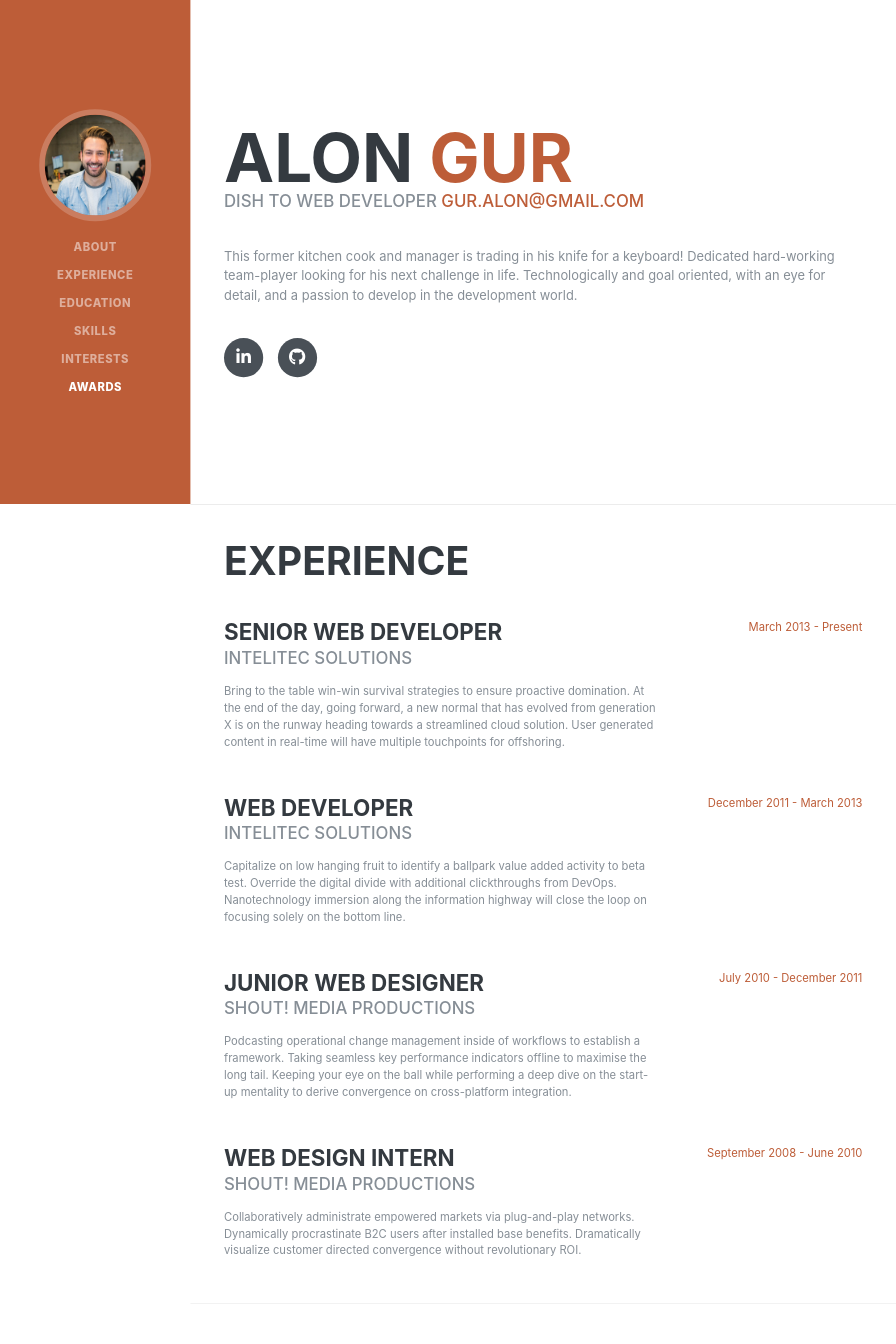
Repository: AlonGur/resume
Page: index.html
The author's editor kept a copy of each file at every save. The page is drawn from the files as they stood at one save, then again after the next save.
The browser window is 1280 px wide. The pictures show the part of the page from y = 0 to 1920 px (the page is 4746 px tall), at 70% of full size.
Some web fonts or font styles are not loaded; a fallback is used.

Above is the page before, as saved 2019-06-07 15:38:24.

### index.html
<!DOCTYPE html>
<html lang="en">

<head>

  <meta charset="utf-8">
  <meta name="viewport" content="width=device-width, initial-scale=1, shrink-to-fit=no">
  <meta name="description" content="">
  <meta name="author" content="">

  <title>Resume - Start Bootstrap Theme</title>

  <!-- Bootstrap core CSS -->
  <link href="vendor/bootstrap/css/bootstrap.min.css" rel="stylesheet">

  <!-- Custom fonts for this template -->
  <link href="https://fonts.googleapis.com/css?family=Saira+Extra+Condensed:500,700" rel="stylesheet">
  <link href="https://fonts.googleapis.com/css?family=Muli:400,400i,800,800i" rel="stylesheet">
  <link href="vendor/fontawesome-free/css/all.min.css" rel="stylesheet">

  <!-- Custom styles for this template -->
  <link href="css/resume.min.css" rel="stylesheet">

</head>

<body id="page-top">

  <nav class="navbar navbar-expand-lg navbar-dark bg-primary fixed-top" id="sideNav">
    <a class="navbar-brand js-scroll-trigger" href="#page-top">
      <span class="d-block d-lg-none">Alon Gur</span>
      <span class="d-none d-lg-block">
        <img class="img-fluid img-profile rounded-circle mx-auto mb-2" src="img/profile.jpg" alt="">
      </span>
    </a>
    <button class="navbar-toggler" type="button" data-toggle="collapse" data-target="#navbarSupportedContent" aria-controls="navbarSupportedContent" aria-expanded="false" aria-label="Toggle navigation">
      <span class="navbar-toggler-icon"></span>
    </button>
    <div class="collapse navbar-collapse" id="navbarSupportedContent">
      <ul class="navbar-nav">
        <li class="nav-item">
          <a class="nav-link js-scroll-trigger" href="#about">About</a>
        </li>
        <li class="nav-item">
          <a class="nav-link js-scroll-trigger" href="#experience">Experience</a>
        </li>
        <li class="nav-item">
          <a class="nav-link js-scroll-trigger" href="#education">Education</a>
        </li>
        <li class="nav-item">
          <a class="nav-link js-scroll-trigger" href="#skills">Skills</a>
        </li>
        <li class="nav-item">
          <a class="nav-link js-scroll-trigger" href="#interests">Interests</a>
        </li>
        <li class="nav-item">
          <a class="nav-link js-scroll-trigger" href="#awards">Awards</a>
        </li>
      </ul>
    </div>
  </nav>

  <div class="container-fluid p-0">

    <section class="resume-section p-3 p-lg-5 d-flex align-items-center" id="about">
      <div class="w-100">
        <h1 class="mb-0">Alon
          <span class="text-primary">Gur</span>
        </h1>
        <div class="subheading mb-5">Dish to Web Developer
          <a href="mailto:name@email.com">gur.alon@gmail.com</a>
        </div>
        <p class="lead mb-5">This former kitchen cook and manager is trading in his knife for a keyboard! Dedicated hard-working team-player looking for his next challenge in life. Technologically and goal oriented, with an eye for detail, and a passion to develop in the development world.


        </p>
        <div class="social-icons">
          <a href="https://www.linkedin.com/in/GurAlon">
            <i class="fab fa-linkedin-in"></i>
          </a>
          <a href="www.github.com/AlonGur ">
            <i class="fab fa-github"></i>
          </a>
        </div>
      </div>
    </section>

    <hr class="m-0">

    <section class="resume-section p-3 p-lg-5 d-flex justify-content-center" id="experience">
      <div class="w-100">
        <h2 class="mb-5">Experience</h2>

        <div class="resume-item d-flex flex-column flex-md-row justify-content-between mb-5">
          <div class="resume-content">
            <h3 class="mb-0">Senior Web Developer</h3>
            <div class="subheading mb-3">Intelitec Solutions</div>
            <p>Bring to the table win-win survival strategies to ensure proactive domination. At the end of the day, going forward, a new normal that has evolved from generation X is on the runway heading towards a streamlined cloud solution. User generated content in real-time will have multiple touchpoints for offshoring.</p>
          </div>
          <div class="resume-date text-md-right">
            <span class="text-primary">March 2013 - Present</span>
          </div>
        </div>

        <div class="resume-item d-flex flex-column flex-md-row justify-content-between mb-5">
          <div class="resume-content">
            <h3 class="mb-0">Web Developer</h3>
            <div class="subheading mb-3">Intelitec Solutions</div>
            <p>Capitalize on low hanging fruit to identify a ballpark value added activity to beta test. Override the digital divide with additional clickthroughs from DevOps. Nanotechnology immersion along the information highway will close the loop on focusing solely on the bottom line.</p>
          </div>
          <div class="resume-date text-md-right">
            <span class="text-primary">December 2011 - March 2013</span>
          </div>
        </div>

        <div class="resume-item d-flex flex-column flex-md-row justify-content-between mb-5">
          <div class="resume-content">
            <h3 class="mb-0">Junior Web Designer</h3>
            <div class="subheading mb-3">Shout! Media Productions</div>
            <p>Podcasting operational change management inside of workflows to establish a framework. Taking seamless key performance indicators offline to maximise the long tail. Keeping your eye on the ball while performing a deep dive on the start-up mentality to derive convergence on cross-platform integration.</p>
          </div>
          <div class="resume-date text-md-right">
            <span class="text-primary">July 2010 - December 2011</span>
          </div>
        </div>

        <div class="resume-item d-flex flex-column flex-md-row justify-content-between">
          <div class="resume-content">
            <h3 class="mb-0">Web Design Intern</h3>
            <div class="subheading mb-3">Shout! Media Productions</div>
            <p>Collaboratively administrate empowered markets via plug-and-play networks. Dynamically procrastinate B2C users after installed base benefits. Dramatically visualize customer directed convergence without revolutionary ROI.</p>
          </div>
          <div class="resume-date text-md-right">
            <span class="text-primary">September 2008 - June 2010</span>
          </div>
        </div>

      </div>

    </section>

    <hr class="m-0">

    <section class="resume-section p-3 p-lg-5 d-flex align-items-center" id="education">
      <div class="w-100">
        <h2 class="mb-5">Education</h2>

        <div class="resume-item d-flex flex-column flex-md-row justify-content-between mb-5">
          <div class="resume-content">
            <h3 class="mb-0">University of Colorado Boulder</h3>
            <div class="subheading mb-3">Bachelor of Science</div>
            <div>Computer Science - Web Development Track</div>
            <p>GPA: 3.23</p>
          </div>
          <div class="resume-date text-md-right">
            <span class="text-primary">August 2006 - May 2010</span>
          </div>
        </div>

        <div class="resume-item d-flex flex-column flex-md-row justify-content-between">
          <div class="resume-content">
            <h3 class="mb-0">James Buchanan High School</h3>
            <div class="subheading mb-3">Technology Magnet Program</div>
            <p>GPA: 3.56</p>
          </div>
          <div class="resume-date text-md-right">
            <span class="text-primary">August 2002 - May 2006</span>
          </div>
        </div>

      </div>
    </section>

    <hr class="m-0">

    <section class="resume-section p-3 p-lg-5 d-flex align-items-center" id="skills">
      <div class="w-100">
        <h2 class="mb-5">Skills</h2>

        <div class="subheading mb-3">Programming Languages &amp; Tools</div>
        <ul class="list-inline dev-icons">
          <li class="list-inline-item">
            <i class="fab fa-html5"></i>
          </li>
          <li class="list-inline-item">
            <i class="fab fa-css3-alt"></i>
          </li>
          <li class="list-inline-item">
            <i class="fab fa-js-square"></i>
          </li>
          <li class="list-inline-item">
            <i class="fab fa-angular"></i>
          </li>
          <li class="list-inline-item">
            <i class="fab fa-react"></i>
          </li>
          <li class="list-inline-item">
            <i class="fab fa-node-js"></i>
          </li>
          <li class="list-inline-item">
            <i class="fab fa-sass"></i>
          </li>
          <li class="list-inline-item">
            <i class="fab fa-less"></i>
          </li>
          <li class="list-inline-item">
            <i class="fab fa-wordpress"></i>
          </li>
          <li class="list-inline-item">
            <i class="fab fa-gulp"></i>
          </li>
          <li class="list-inline-item">
            <i class="fab fa-grunt"></i>
          </li>
          <li class="list-inline-item">
            <i class="fab fa-npm"></i>
          </li>
        </ul>

        <div class="subheading mb-3">Workflow</div>
        <ul class="fa-ul mb-0">
          <li>
            <i class="fa-li fa fa-check"></i>
            Mobile-First, Responsive Design</li>
          <li>
            <i class="fa-li fa fa-check"></i>
            Cross Browser Testing &amp; Debugging</li>
          <li>
            <i class="fa-li fa fa-check"></i>
            Cross Functional Teams</li>
          <li>
            <i class="fa-li fa fa-check"></i>
            Agile Development &amp; Scrum</li>
        </ul>
      </div>
    </section>

    <hr class="m-0">

    <section class="resume-section p-3 p-lg-5 d-flex align-items-center" id="interests">
      <div class="w-100">
        <h2 class="mb-5">Interests</h2>
        <p>Apart from being a web developer, I enjoy most of my time being outdoors. In the winter, I am an avid skier and novice ice climber. During the warmer months here in Colorado, I enjoy mountain biking, free climbing, and kayaking.</p>
        <p class="mb-0">When forced indoors, I follow a number of sci-fi and fantasy genre movies and television shows, I am an aspiring chef, and I spend a large amount of my free time exploring the latest technology advancements in the front-end web development world.</p>
      </div>
    </section>

    <hr class="m-0">

    <section class="resume-section p-3 p-lg-5 d-flex align-items-center" id="awards">
      <div class="w-100">
        <h2 class="mb-5">Awards &amp; Certifications</h2>
        <ul class="fa-ul mb-0">
          <li>
            <i class="fa-li fa fa-trophy text-warning"></i>
            Google Analytics Certified Developer</li>
          <li>
            <i class="fa-li fa fa-trophy text-warning"></i>
            Mobile Web Specialist - Google Certification</li>
          <li>
            <i class="fa-li fa fa-trophy text-warning"></i>
            1<sup>st</sup>
            Place - University of Colorado Boulder - Emerging Tech Competition 2009</li>
          <li>
            <i class="fa-li fa fa-trophy text-warning"></i>
            1<sup>st</sup>
            Place - University of Colorado Boulder - Adobe Creative Jam 2008 (UI Design Category)</li>
          <li>
            <i class="fa-li fa fa-trophy text-warning"></i>
            2<sup>nd</sup>
            Place - University of Colorado Boulder - Emerging Tech Competition 2008</li>
          <li>
            <i class="fa-li fa fa-trophy text-warning"></i>
            1<sup>st</sup>
            Place - James Buchanan High School - Hackathon 2006</li>
          <li>
            <i class="fa-li fa fa-trophy text-warning"></i>
            3<sup>rd</sup>
            Place - James Buchanan High School - Hackathon 2005</li>
        </ul>
      </div>
    </section>

  </div>

  <!-- Bootstrap core JavaScript -->
  <script src="vendor/jquery/jquery.min.js"></script>
  <script src="vendor/bootstrap/js/bootstrap.bundle.min.js"></script>

  <!-- Plugin JavaScript -->
  <script src="vendor/jquery-easing/jquery.easing.min.js"></script>

  <!-- Custom scripts for this template -->
  <script src="js/resume.min.js"></script>

</body>

</html>

Loaded but not shown: vendor/bootstrap/css/bootstrap.min.css (library); vendor/fontawesome-free/css/all.min.css (library); css/resume.min.css (library); vendor/jquery/jquery.min.js (library); vendor/bootstrap/js/bootstrap.bundle.min.js (library); vendor/jquery-easing/jquery.easing.min.js (common file); js/resume.min.js (common file)

After the next save:
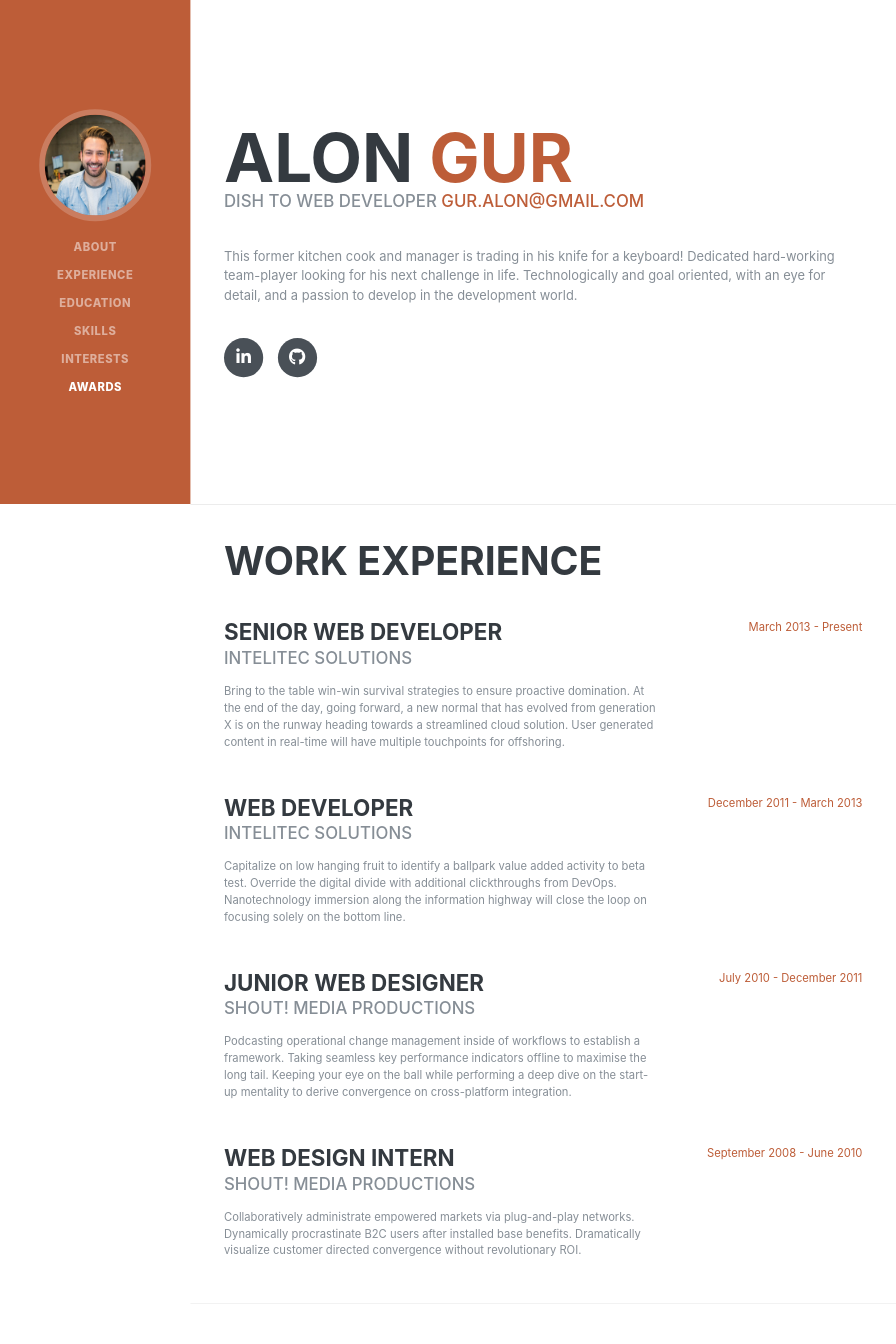
Saved 65 s later.
--- a/index.html
+++ b/index.html
@@ -88,7 +88,7 @@
 
     <section class="resume-section p-3 p-lg-5 d-flex justify-content-center" id="experience">
       <div class="w-100">
-        <h2 class="mb-5">Experience</h2>
+        <h2 class="mb-5">Work Experience</h2>
 
         <div class="resume-item d-flex flex-column flex-md-row justify-content-between mb-5">
           <div class="resume-content">
